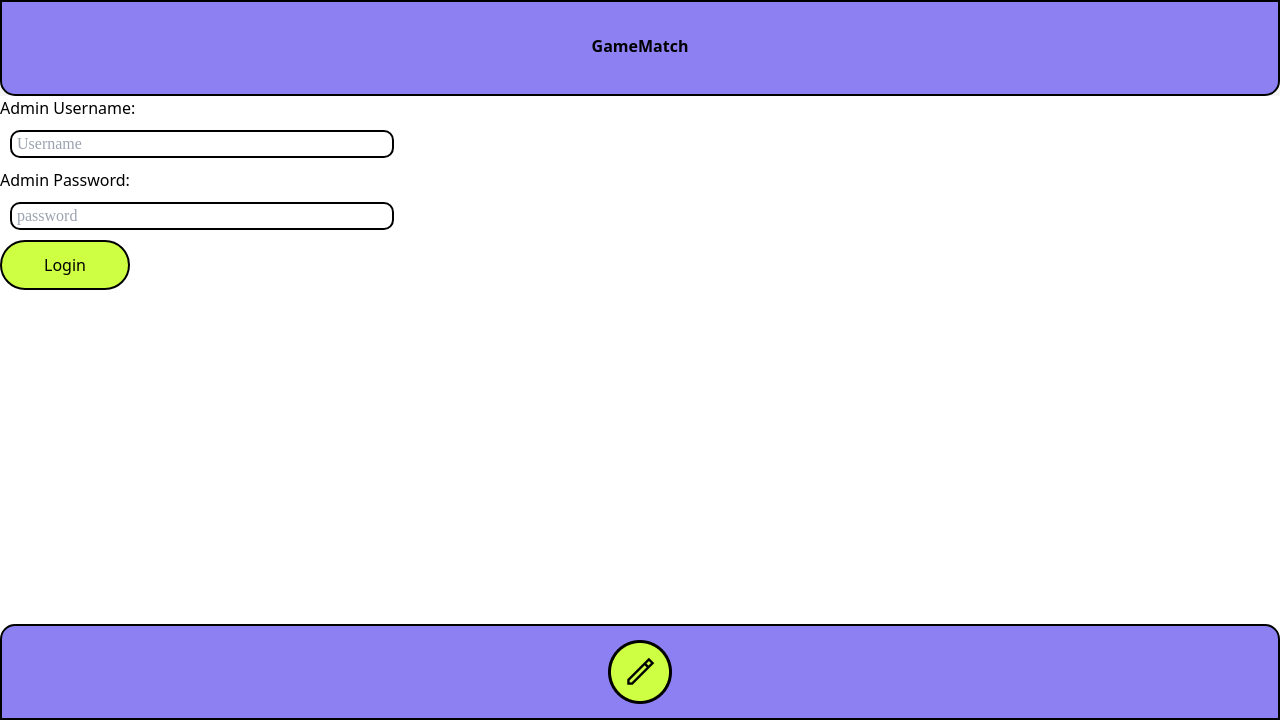
Repository: Yahya9102/Java22-ux22-Sideproject-main
Page: /admin
The author's editor kept a copy of each file at every save. The page is drawn from the files as they stood at one save, then again after the next save.
The browser window is 1280 px wide. The pictures show the whole page.
The page's requests for data from a server got no answer. The project was rebuilt for these pictures with package versions that can differ from the ones it lists, and the page was loaded fresh each time. The framework's server and built-in components were replaced by stand-ins that run in the browser. No one was signed in, and anything a server would have sent is missing. Also part of the build but not shown: next.config.js.

Above is the page before, as saved 2023-05-04 13:15:32.

After the next save:
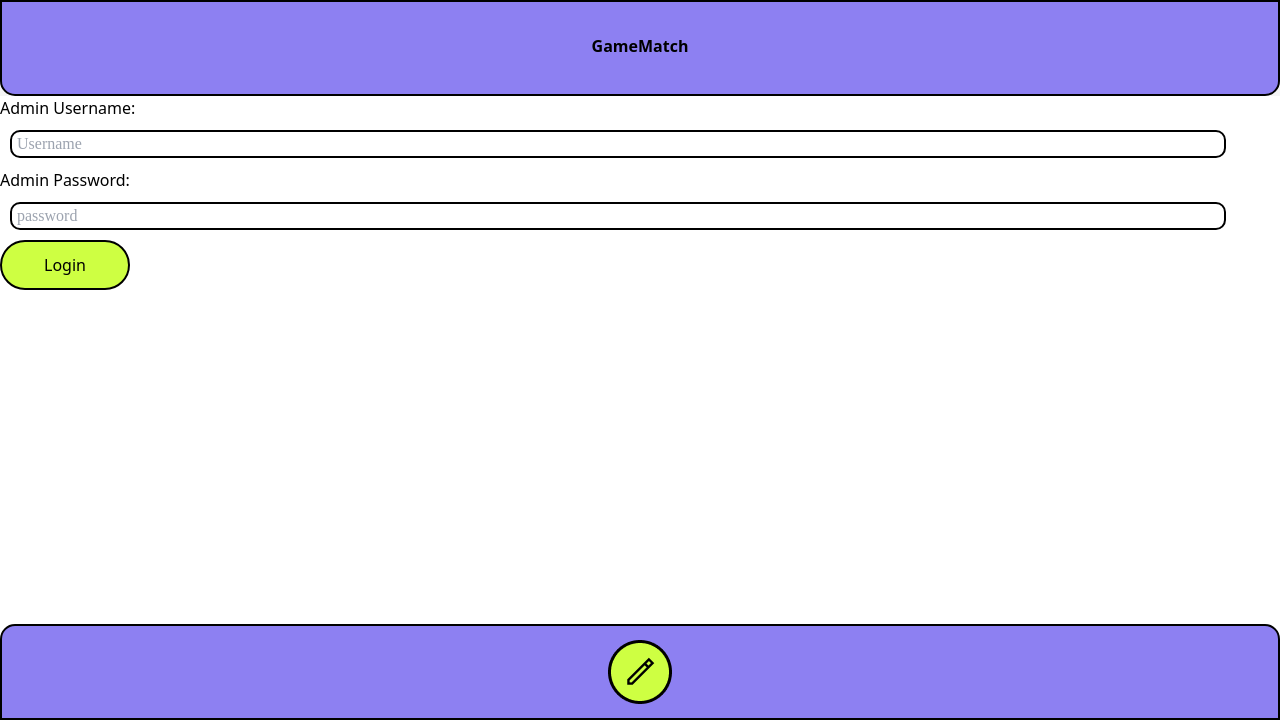
Saved 17 s later.
--- a/p-components/styles/adminPage.module.css
+++ b/p-components/styles/adminPage.module.css
@@ -31,3 +31,12 @@
   padding: 10px;
   margin: 5px;
 }
+
+.input_fields {
+  border: solid 2px;
+  width: 95vw;
+  border-radius: 10px;
+  margin: 10px;
+  font-family: "Space Grotesk";
+  padding-left: 5px;
+}

After the 6 saves that followed:
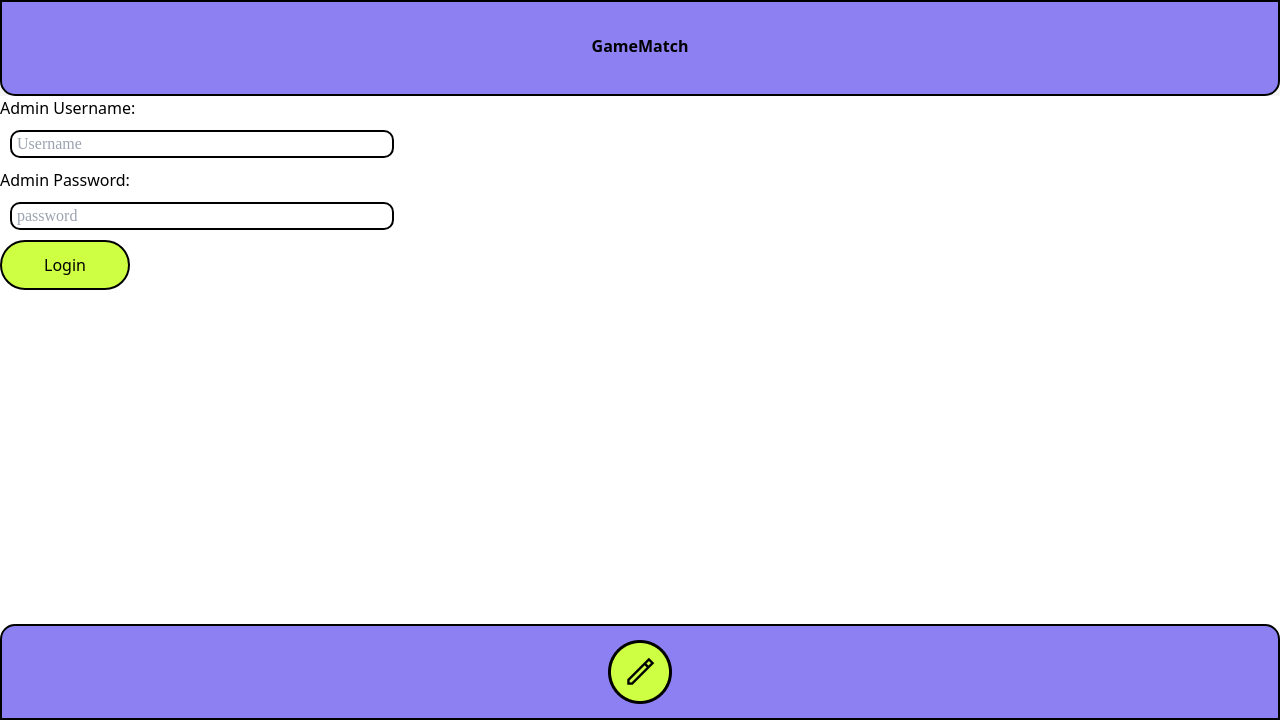
The 6 saves are shown as one change because 5 left the picture as it was.
The last was saved 104 s later.
--- a/p-components/AdminPage.tsx
+++ b/p-components/AdminPage.tsx
@@ -220,6 +220,7 @@ const AdminPage: NextPage = () => {
                               name: e.target.value,
                             })
                           }
+                          className={style.input_fields}
                         />
                         <h6 className={styles.user_location}>
                           <input
@@ -233,6 +234,7 @@ const AdminPage: NextPage = () => {
                                 location: e.target.value,
                               })
                             }
+                            className={style.input_fields}
                           />
                         </h6>
                       </td>
@@ -250,6 +252,7 @@ const AdminPage: NextPage = () => {
                               title: e.target.value,
                             })
                           }
+                          className={style.input_fields}
                         />
                         <br />
                         <textarea
@@ -262,6 +265,7 @@ const AdminPage: NextPage = () => {
                               post: e.target.value,
                             })
                           }
+                          className={style.input_fields}
                         ></textarea>
                       </td>
                     </tr>
@@ -283,6 +287,7 @@ const AdminPage: NextPage = () => {
                                   discord: e.target.value,
                                 })
                               }
+                              className={style.input_fields}
                             />
                           </nav>
                         </div>
--- a/p-components/styles/adminPage.module.css
+++ b/p-components/styles/adminPage.module.css
@@ -34,7 +34,7 @@
 
 .input_fields {
   border: solid 2px;
-  width: 95vw;
+
   border-radius: 10px;
   margin: 10px;
   font-family: "Space Grotesk";
